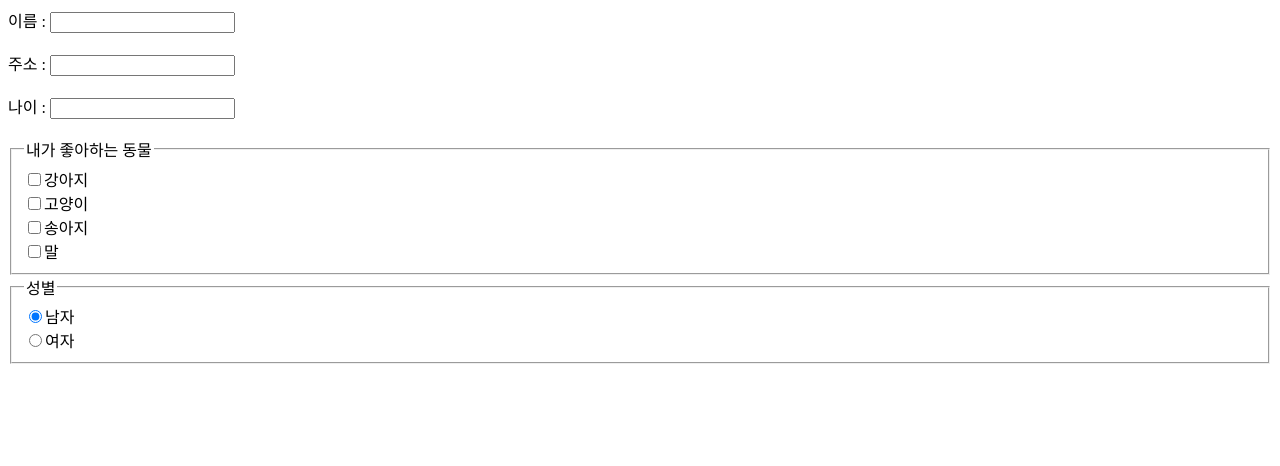
Repository: HyoJun-A/jsp
Page: practice01/WebContent/input.html
The author's editor kept a copy of each file at every save. The page is drawn from the files as they stood at one save, then again after the next save.
The browser window is 1280 px wide. The pictures show the whole page.

Above is the page before, as saved 2022-10-17 07:05:27.

### practice01/WebContent/input.html
<!DOCTYPE html>
<html>
<head>
<meta charset="UTF-8">
<title>입력 데이터 처리와 주고 받기</title>
</head>
<body>
<form name="indata" action="test04.jsp" method="post">
	이름 : <input type="text" name="name"><br><br>
	주소 : <input type="text" name="addr"><br><br>
	나이 : <input type="number" name="age"><br><br>
	<fieldset>
		<legend>내가 좋아하는 동물</legend>
		<input type="checkbox" name="pet" value="dog" />강아지<br>
		<input type="checkbox" name="pet" value="cat" />고양이<br>
		<input type="checkbox" name="pet" value="cow" />송아지<br>
		<input type="checkbox" name="pet" value="horse" />말<br>
	</fieldset>
	<fieldset>
		<legend>성별</legend>
		<input type="radio" name="male" value="M" checked>남자<br>
		<input type="radio" name="male" value="F" >여자<br>
	</fieldset>
</form>
</body>
</html>

After the next save:
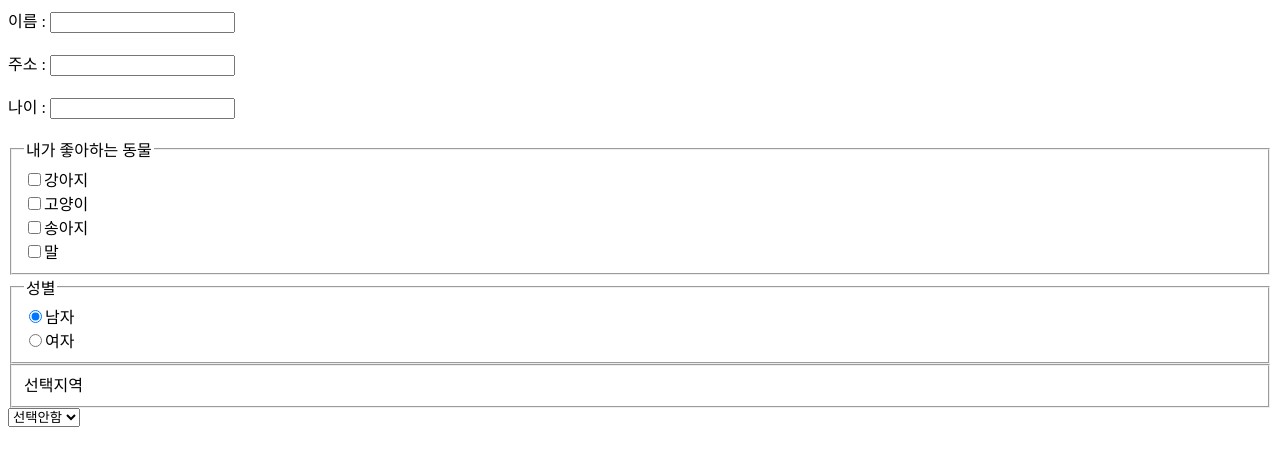
Saved 79 s later.
--- a/practice01/WebContent/input.html
+++ b/practice01/WebContent/input.html
@@ -21,6 +21,14 @@
 		<input type="radio" name="male" value="M" checked>남자<br>
 		<input type="radio" name="male" value="F" >여자<br>
 	</fieldset>
+	<fieldset>선택지역</fieldset>
+	<select name="area">
+		<option selected>선택안함</option>
+		<option value="01">서울</option>
+		<option value="02">대전</option>
+		<option value="03">부산</option>
+		<option value="04">광주</option>
+	</select>
 </form>
 </body>
 </html>
